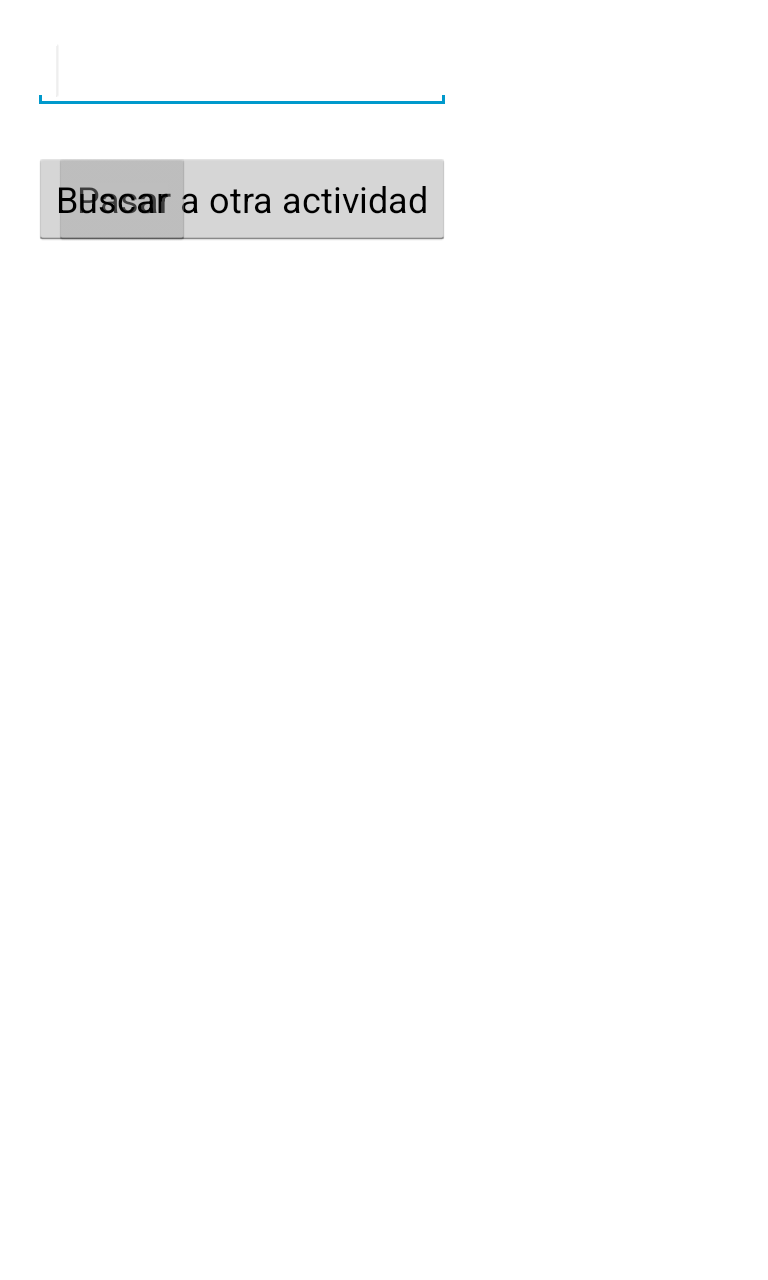
Repository: sstevenmr/SP-Galileo
Layout: Demo/res/layout/activity_main.xml
The author's editor kept a copy of each file at every save. The layout is drawn from the files as they stood at one save, then again after the next save.
It is drawn on a 768 x 1280 px phone screen (xhdpi) without system bars, with theme AppTheme; the app's code is not run.

Above is the layout before, as saved 2014-01-23 23:25:00.

After the next save:
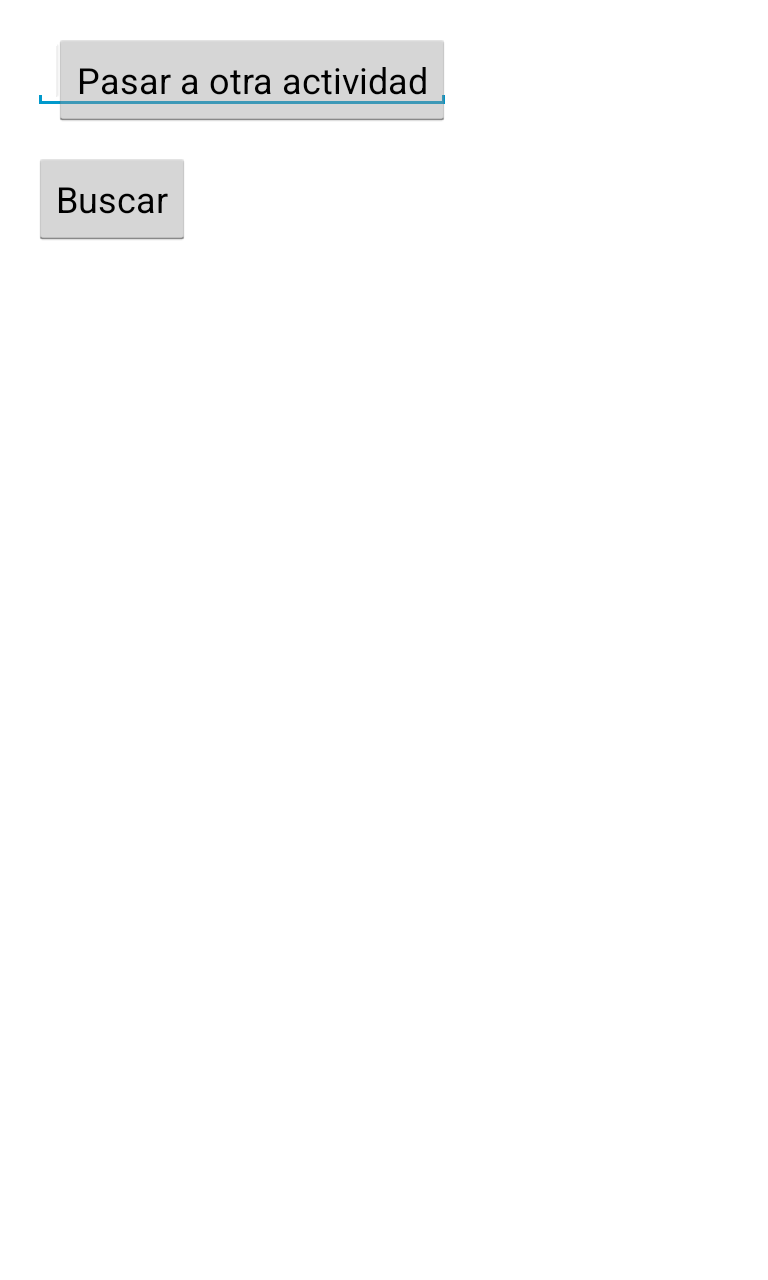
Saved 29 s later.
--- a/Demo/res/layout/activity_main.xml
+++ b/Demo/res/layout/activity_main.xml
@@ -29,7 +29,7 @@
         android:text="@string/btn_open_activity" />
 
     <Button
-        android:id="@+id/button1"
+        android:id="@+id/btnOpenActivity"
         android:layout_width="wrap_content"
         android:layout_height="wrap_content"
         android:layout_alignLeft="@+id/editTextSearchQuery"

After the save that followed:
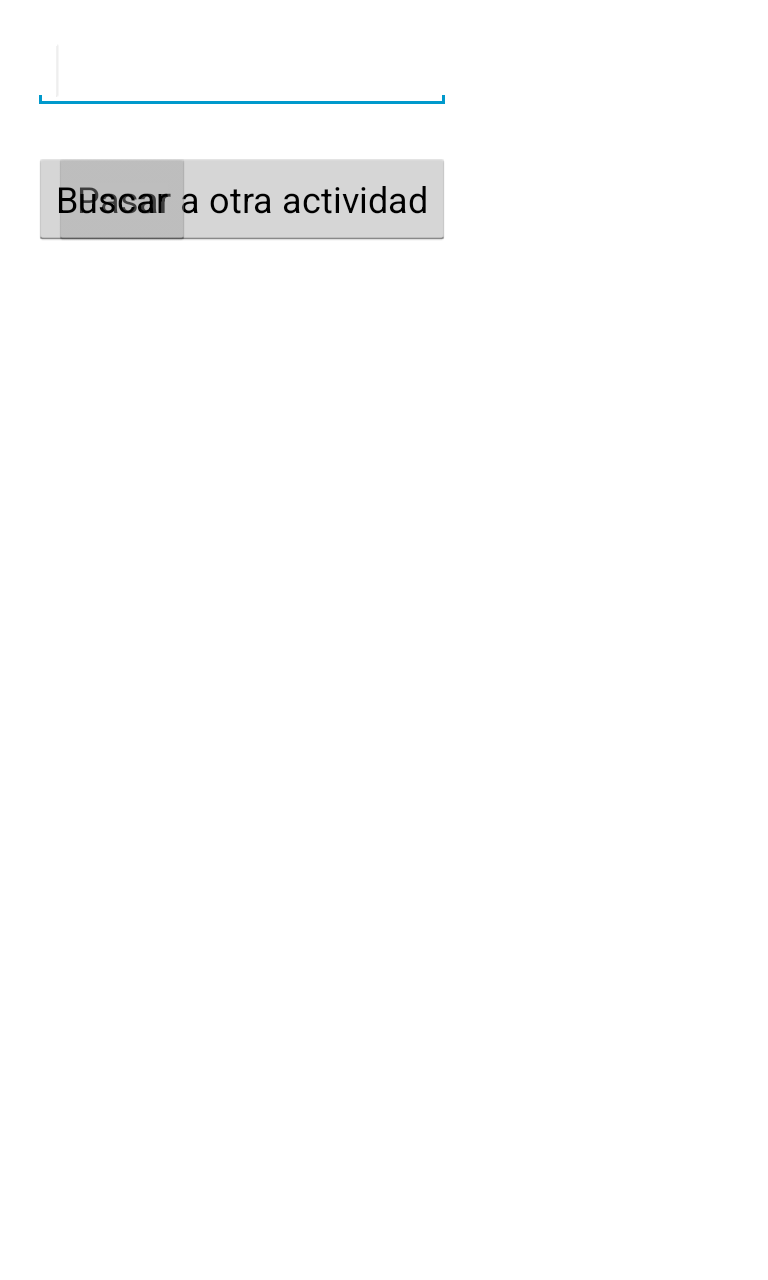
Saved 10 s later.
--- a/Demo/res/layout/activity_main.xml
+++ b/Demo/res/layout/activity_main.xml
@@ -24,7 +24,7 @@
         android:id="@+id/btnSearch"
         android:layout_width="wrap_content"
         android:layout_height="wrap_content"
-        android:layout_alignBottom="@+id/button1"
+        android:layout_alignBottom="@+id/btnOpenActivity"
         android:layout_alignRight="@+id/editTextSearchQuery"
         android:text="@string/btn_open_activity" />
 
